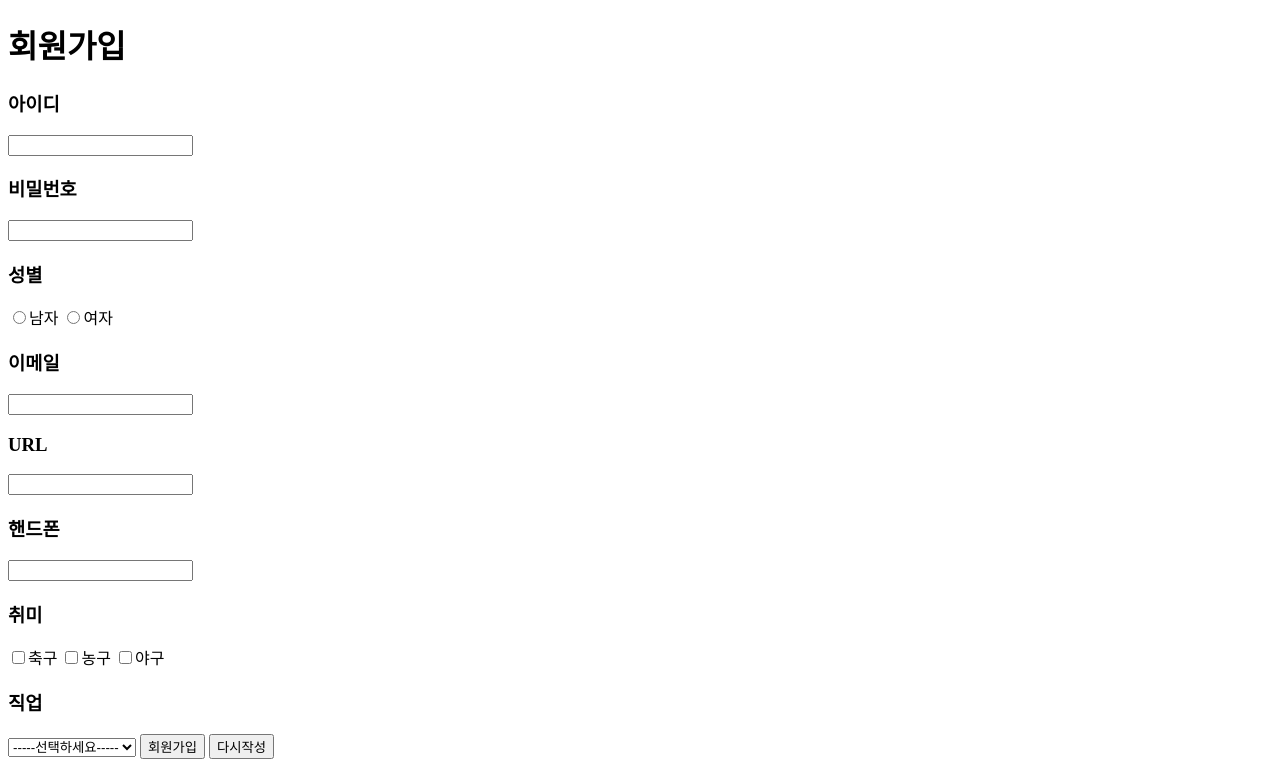
Repository: rwanda95do/bitcamp
Page: jQuery/src/main/webapp/02_jQueryEvent/exam01.html
An editor plug-in stored every save of this project. The page is shown before and after the next save, followed by the edit.
The browser window is 1280 px wide. The pictures show the whole page.

Above is the page before, as saved 2024-08-22 05:44:53.

After the next save:
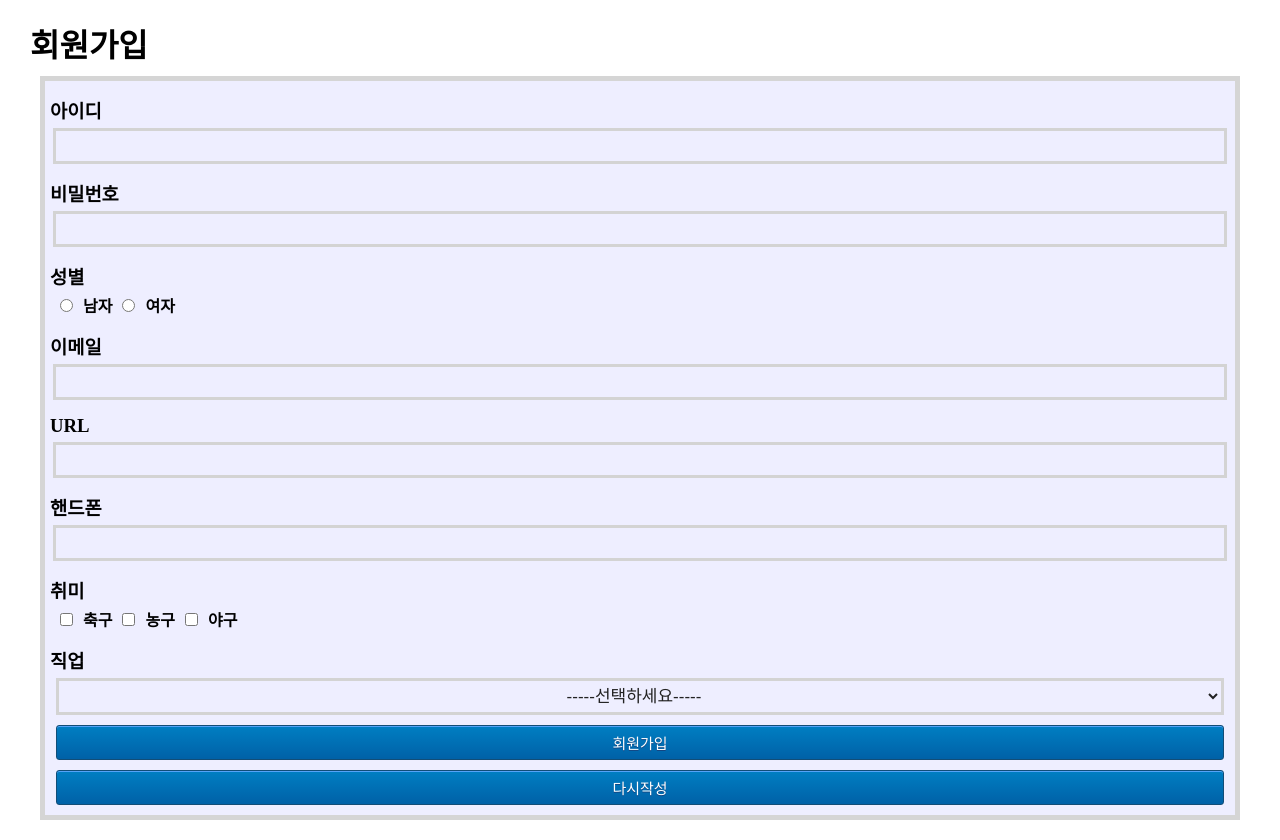
Saved 3 min 32 s later.
--- a/jQuery/src/main/webapp/02_jQueryEvent/exam01.html
+++ b/jQuery/src/main/webapp/02_jQueryEvent/exam01.html
@@ -3,7 +3,7 @@
 <head>
 <meta charset="UTF-8">
 <title>Insert title here</title>
-<style type="text/css" ></style>
+<link rel="stylesheet" href="../css/event.css">
 </head>
 <body>
 	<h1>회원가입</h1>
